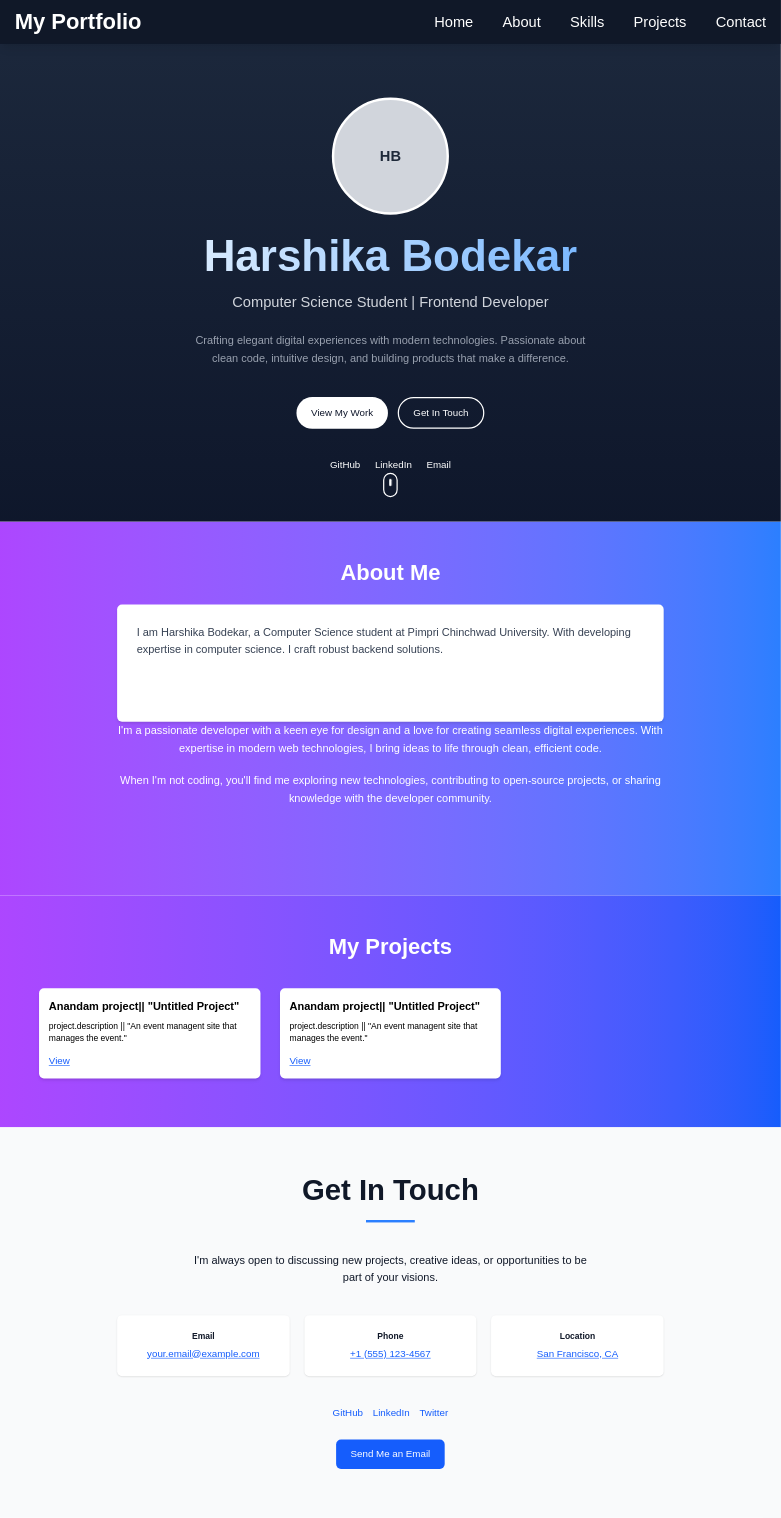
Repository: harshikabodekar/portfolio_awp
Page: /
These files come from the project's save history. The page is drawn as it stood at one moment and after a run of saves; the edit follows.
The browser window is 1280 px wide. The pictures show the whole page, at 61% of full size.
The project was rebuilt for these pictures with package versions that can differ from the ones it lists, and the page was loaded fresh each time. The framework's server and built-in components were replaced by stand-ins that run in the browser. Also part of the build but not shown: next.config.mjs.

Above is the page before, as saved 2025-10-15 19:49:35.

### src/app/layout.js
import "./globals.css";

export const metadata = {
  title: "AWP Portfolio",
  description: "Personal portfolio",
};

export default function RootLayout({ children }) {
  return (
    <html lang="en">
      <body className="antialiased">
        {children}
      </body>
    </html>
  );
}

### src/app/page.js
//import Image from "next/image";
import Navbar from "./components/Navbar";
import React from "react";
import Projects from "./components/Project";
import About from "./components/About";
import Contact from "./components/Contact";
import Hero from "./components/Hero";
import ProjectCard from "./components/ProjectCard";

export default function Home() {
  return (
    <div className="font-sans">
      <Navbar />
      <main className="w-full">
        <Hero />
        <About />
        <Projects />
        <Contact />
      </main>
    </div>
  );
}

### src/app/components/Navbar.js
import React from 'react';

const Navbar = () => {
  return (
    <nav className="bg-gray-900 text-white py-4 px-6 fixed w-full top-0 left-0 z-50 shadow-lg">
      <div className="container mx-auto flex justify-between items-center">
        <h1 className="text-4xl font-bold">My Portfolio</h1>
        <ul className="flex space-x-12 text-2xl">
          <li><a href="#home" className="hover:text-blue-400 transition-colors">Home</a></li>
          <li><a href="#about" className="hover:text-blue-400 transition-colors">About</a></li>
          <li><a href="#skills" className="hover:text-blue-400 transition-colors">Skills</a></li>
          <li><a href="#projects" className="hover:text-blue-400 transition-colors">Projects</a></li>
          <li><a href="#contact" className="hover:text-blue-400 transition-colors">Contact</a></li>
        </ul>
      </div>
    </nav>
  );
};

export default Navbar;

### src/app/components/Project.js
import React from 'react';
import ProjectCard from './ProjectCard';
import { projectsData } from '../data/projects';

const Projects = () => {
  return (
    <section id="projects" className="py-20 px-6 bg-gradient-to-r from-purple-500 to-blue-600 text-white pt-16">
      <div className="container mx-auto max-w-6xl">
        <h2 className="text-4xl font-bold text-center text-white mb-12">My Projects</h2>

        <div className="grid md:grid-cols-2 lg:grid-cols-3 gap-8">
          {projectsData.map((project) => (
            <ProjectCard key={project.id} project={project} />
          ))}
        </div>
      </div>
    </section>
  );
};

export default Projects;

### src/app/components/About.js
import React from 'react';

const About = () => {
  return (
     <section id="about" className="py-20 px-6 bg-gradient-to-r from-purple-500 to-blue-500 text-white pt-16">
      <div className="container mx-auto max-w-4xl">
        <h2 className="text-4xl font-bold text-center mb-8">About Me</h2>
        <div className="bg-white p-8 rounded-lg shadow-md">
          <p className="text-lg text-gray-700 mb-4">
            I am Harshika Bodekar, a Computer Science student at Pimpri Chinchwad University.
            With developing expertise in computer science.
            I craft robust backend solutions.
          </p>
          <p className="text-lg text-white">
            My journey is driven by a passion for building scalable,
            efficient systems that power modern applications.
            I enjoy tackling complex challenges and exploring cutting-edge tech.
          </p>
        </div>
        <div className="mb-16 text-center">
            <p className="text-lg text-muted-foreground leading-relaxed mb-6">
              I'm a passionate developer with a keen eye for design and a love for creating
              seamless digital experiences. With expertise in modern web technologies, I bring
              ideas to life through clean, efficient code.
            </p>
            <p className="text-lg text-muted-foreground leading-relaxed">
              When I'm not coding, you'll find me exploring new technologies, contributing to
              open-source projects, or sharing knowledge with the developer community.
            </p>
          </div>
      </div>
    </section>
  );
};

export default About;

### src/app/components/Contact.js
const Contact = () => {
  const contactInfo = [
    { label: 'Email', value: 'your.email@example.com', href: 'mailto:your.email@example.com' },
    { label: 'Phone', value: '+1 (555) 123-4567', href: 'tel:+15551234567' },
    { label: 'Location', value: 'San Francisco, CA', href: '#' },
  ];

  const socialLinks = [
    { label: 'GitHub', href: 'https://github.com' },
    { label: 'LinkedIn', href: 'https://linkedin.com' },
    { label: 'Twitter', href: 'https://twitter.com' },
  ];

  return (
    <section id="contact" className="py-20 bg-gray-50 text-gray-900">
      <div className="container mx-auto px-4">
        <div className="max-w-4xl mx-auto">
          <h2 className="text-4xl md:text-5xl font-bold mb-6 text-center">Get In Touch</h2>
          <div className="w-20 h-1 bg-blue-500 mx-auto mb-12"></div>

          <p className="text-center text-lg mb-12 max-w-2xl mx-auto">
            I'm always open to discussing new projects, creative ideas, or opportunities to be part of your visions.
          </p>

          <div className="grid md:grid-cols-3 gap-6 mb-12">
            {contactInfo.map((info, index) => (
              <div key={index} className="bg-white p-6 rounded-lg shadow text-center">
                <h3 className="text-sm font-semibold mb-2">{info.label}</h3>
                <a href={info.href} className="text-blue-600 underline">{info.value}</a>
              </div>
            ))}
          </div>

          <div className="text-center">
            <div className="flex justify-center gap-4 mb-8">
              {socialLinks.map((s, i) => (
                <a key={i} href={s.href} target="_blank" rel="noreferrer" className="text-blue-600">{s.label}</a>
              ))}
            </div>

            <div className="text-center">
              <a href="mailto:your.email@example.com" className="inline-block px-6 py-3 bg-blue-600 text-white rounded-lg">Send Me an Email</a>
            </div>
          </div>
        </div>
      </div>
    </section>
  );
};

export default Contact;

### src/app/components/Hero.js
"use client";
import React from 'react';

const Hero = () => {
  return (
    <section id="home" className="relative w-full min-h-screen flex items-center justify-center bg-gradient-to-b from-slate-800 to-slate-900 text-white pt-20">
      <div className="w-full px-4 sm:px-6 lg:px-8 py-12 sm:py-16 md:py-20 relative z-10">
        <div className="max-w-6xl mx-auto text-center">
          <div className="mb-6 sm:mb-8 flex justify-center">
            <div className="w-32 h-32 sm:w-40 sm:h-40 md:w-48 md:h-48 rounded-full bg-gray-300 dark:bg-gray-600 border-4 border-white flex items-center justify-center text-xl sm:text-2xl font-bold text-gray-800">HB</div>
          </div>



          <h1 className="text-3xl sm:text-4xl md:text-5xl lg:text-6xl xl:text-7xl font-bold mb-4 sm:mb-6 bg-gradient-to-r from-white to-blue-400 bg-clip-text text-transparent px-4">
            Harshika Bodekar
          </h1>

          <p className="text-base sm:text-lg md:text-xl lg:text-2xl text-gray-300 mb-6 sm:mb-8 font-light px-4">
            Computer Science Student | Frontend Developer
          </p>

          <p className="text-sm sm:text-base md:text-lg text-gray-400 mb-8 sm:mb-12 max-w-2xl mx-auto leading-relaxed px-4">
            Crafting elegant digital experiences with modern technologies.
            Passionate about clean code, intuitive design, and building products that make a difference.
          </p>

          <div className="flex flex-col sm:flex-row flex-wrap gap-4 justify-center mb-8 sm:mb-12 px-4">
            <button onClick={() => {}} className="px-6 py-3 bg-white text-slate-900 rounded-full font-medium hover:bg-gray-100 transition-colors w-full sm:w-auto">View My Work</button>
            <button onClick={() => {}} className="px-6 py-3 border-2 border-white text-white rounded-full hover:bg-white hover:text-slate-900 transition-colors w-full sm:w-auto">Get In Touch</button>
          </div>

          <div className="flex flex-wrap gap-4 sm:gap-6 justify-center text-sm sm:text-base px-4">
            <a href="https://github.com" target="_blank" rel="noopener noreferrer" className="text-white hover:text-blue-400 transition-colors">GitHub</a>
            <a href="https://linkedin.com" target="_blank" rel="noopener noreferrer" className="text-white hover:text-blue-400 transition-colors">LinkedIn</a>
            <a href="mailto:your.email@example.com" className="text-white hover:text-blue-400 transition-colors">Email</a>
          </div>
        </div>
      </div>

      <div className="hidden sm:block absolute bottom-10 left-1/2 -translate-x-1/2">
        <div className="w-6 h-10 border-2 border-white rounded-full flex justify-center">
          <div className="w-1 h-3 bg-white rounded-full mt-2 animate-pulse"></div>
        </div>
      </div>
    </section>
  );
};

export default Hero;

### src/app/components/ProjectCard.js
import React from 'react';

export default function ProjectCard({ project = {} }) {
  return (
    <article className="bg-white text-black rounded-lg p-4 shadow-md">
      <h3 className="font-semibold text-lg mb-2">Anandam project|| "Untitled Project"</h3>
      <p className="text-sm mb-4">project.description || "An event managent site that manages the event."</p>
      {project.link && (
        <a
          className="text-blue-600 underline"
          href={project.link}
          target="_blank"
          rel="noreferrer"
        >
          View
        </a>
      )}
    </article>
  );
}

### src/app/data/projects.js
export const projectsData = [
  {
    id: '1',
    title: 'Sample Project One',
    description: 'A short description of project one.',
    link: 'https://example.com',
  },
  {
    id: '2',
    title: 'Sample Project Two',
    description: 'A short description of project two.',
    link: 'https://example.com',
  },
];

Loaded but not shown: src/app/globals.css (common file)

After the next 2 saves:
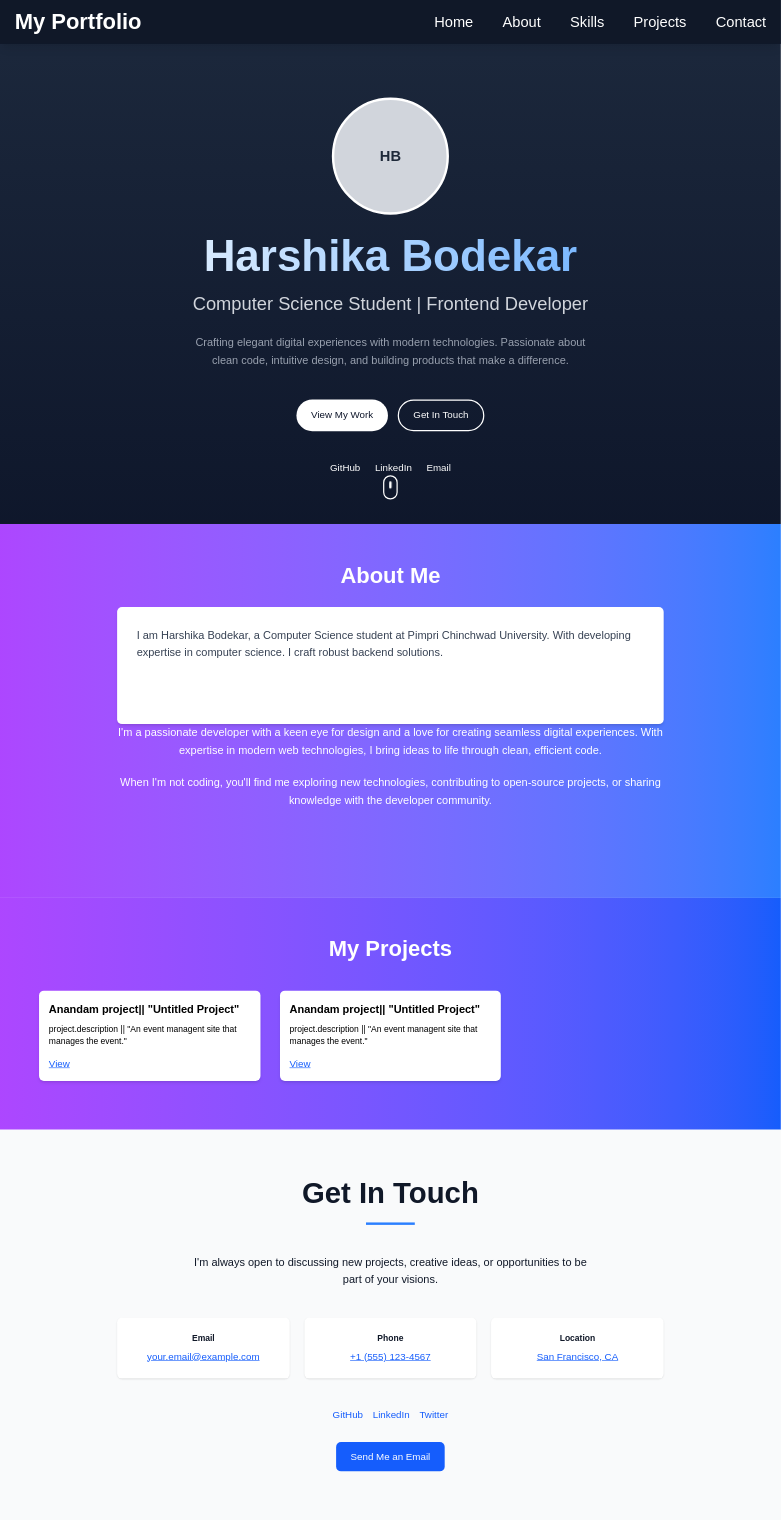
The 2 saves are shown as one change because they came seconds apart.
The last was saved 18 s later.
--- a/src/app/components/Hero.js
+++ b/src/app/components/Hero.js
@@ -12,11 +12,11 @@ const Hero = () => {
 
 
 
-          <h1 className="text-3xl sm:text-4xl md:text-5xl lg:text-6xl xl:text-7xl font-bold mb-4 sm:mb-6 bg-gradient-to-r from-white to-blue-400 bg-clip-text text-transparent px-4">
+          <h1 className="text-4xl sm:text-4xl md:text-5xl lg:text-6xl xl:text-7xl font-bold mb-4 sm:mb-6 bg-gradient-to-r from-white to-blue-400 bg-clip-text text-transparent px-4">
             Harshika Bodekar
           </h1>
 
-          <p className="text-base sm:text-lg md:text-xl lg:text-2xl text-gray-300 mb-6 sm:mb-8 font-light px-4">
+          <p className="text-base sm:text-lg md:text-xl lg:text-3xl text-gray-300 mb-6 sm:mb-8 font-light px-4">
             Computer Science Student | Frontend Developer
           </p>
 
